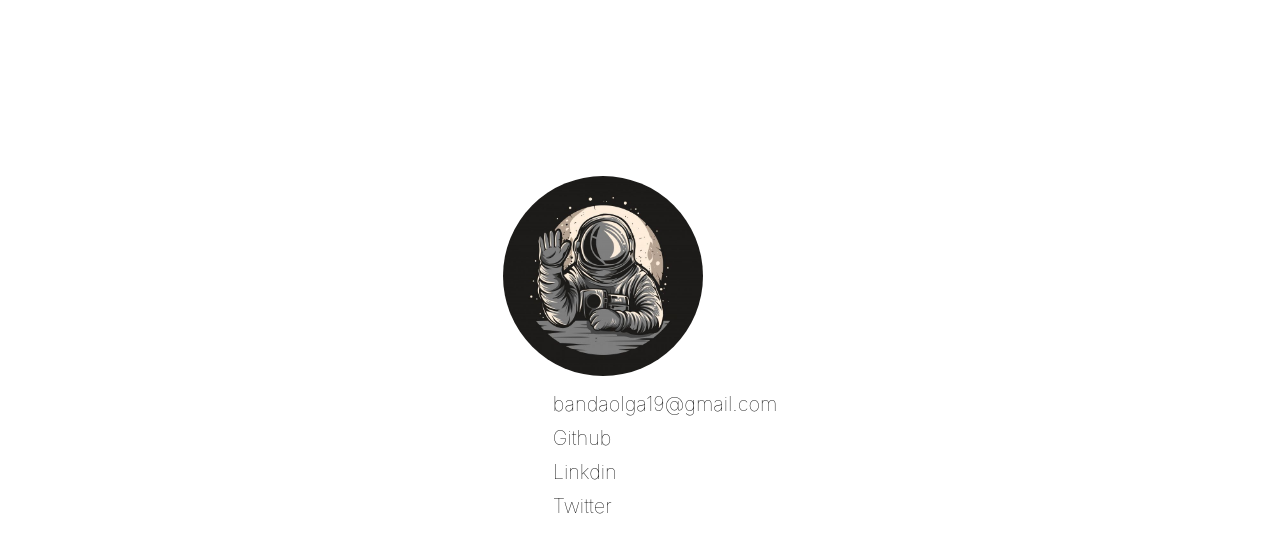
Repository: G1ft-Banda/My-portfolio-Website
Page: /
An editor plug-in stored every save of this project. The page is shown before and after the next save, followed by the edit.
The browser window is 1280 px wide. The pictures show the whole page.
The project was rebuilt for these pictures with package versions that can differ from the ones it lists, and the page was loaded fresh each time. The framework's server and built-in components were replaced by stand-ins that run in the browser. Also part of the build but not shown: next.config.js.

Above is the page before, as saved 2022-09-29 11:01:20.

### pages/_app.js
import "../styles/globals.css";
import Head from "next/head";

function MyApp({ Component, pageProps }) {
  return (
    <>
      <Head>
        <script
          src="https://kit.fontawesome.com/d14a45b8f3.js"
          crossorigin="anonymous"
        ></script>
      </Head>
      <Component {...pageProps} />
    </>
  );
}

export default MyApp;

### pages/index.js
import Head from "next/head";
import Image from "next/image";

export default function Home() {
  return (
    <div>
      <Head>
        <title>Create Next App</title>
        <meta name="description" content="Generated by create next app" />
        <link rel="icon" href="/favicon.ico" />
      </Head>
      <main>
        <img className="avatar" src="/astronaut.jpg" width={200} height={200} />
        <ul>
          <li className="social-links">
            <i class="fa-solid fa-envelope"></i>
            <a href="#">bandaolga19@gmail.com</a>
          </li>
          <li className="social-links">
            <i class="fa-brands fa-github"></i>
            <a href="#">Github</a>
          </li>
          <li className="social-links">
            <i class="fa-brands fa-linkedin"></i>
            <a href="#">Linkdin</a>
          </li>
          <li className="social-links">
            <i class="fa-brands fa-twitter"></i>
            <a href="#">Twitter</a>
          </li>
        </ul>
      </main>
    </div>
  );
}

### styles/globals.css
html,
body {
  padding: 0;
  margin: 0;
  font-family: -apple-system, BlinkMacSystemFont, Segoe UI, Roboto, Oxygen,
    Ubuntu, Cantarell, Fira Sans, Droid Sans, Helvetica Neue, sans-serif;
}

a {
  color: inherit;
  text-decoration: none;
}

* {
  box-sizing: border-box;
}

main {
  min-width: 100vw;
  min-height: 100vh;
  display: grid;
  place-content: center;
}

.avatar {
  border-radius: 50%;
  max-width: fit-content;
  align-items: center;
}

.social-links {
  text-decoration: none;
  font-size: 20px;
  display: flex;
  gap: 10px;
  align-items: center;
  font-weight: 100;
  padding-bottom: 10px;
}

.social-links > i {
  font-size: 25px;
  font-weight: 100;
}

@media (prefers-color-scheme: dark) {
  html {
    color-scheme: dark;
  }
  body {
    color: white;
    background: black;
  }
}

After the next save:
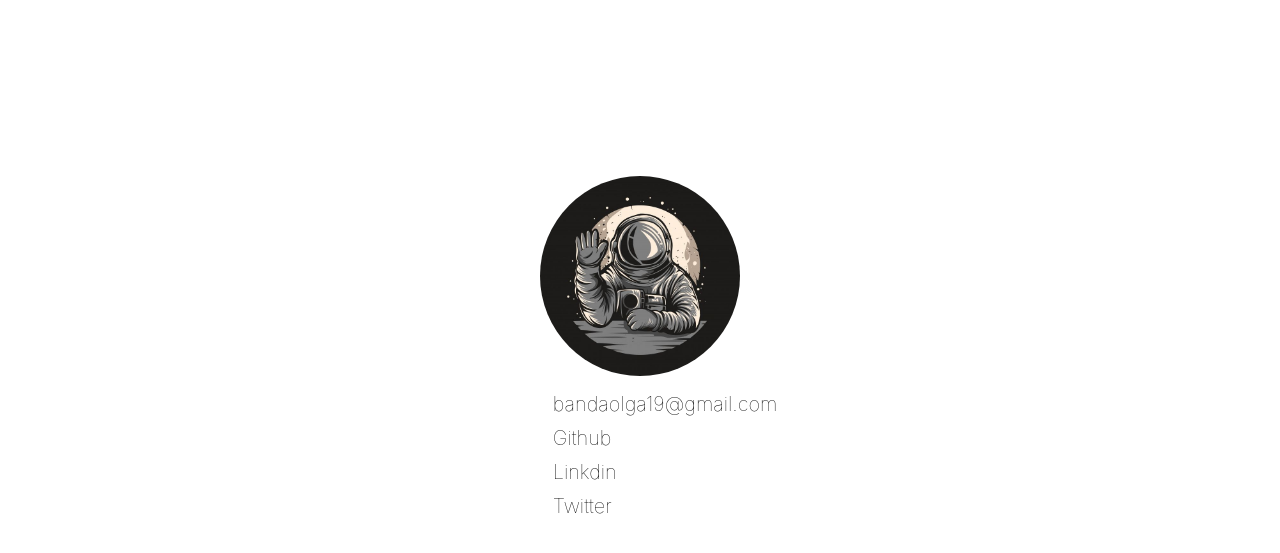
Saved 7 s later.
--- a/styles/globals.css
+++ b/styles/globals.css
@@ -25,7 +25,7 @@ main {
 .avatar {
   border-radius: 50%;
   max-width: fit-content;
-  align-items: center;
+  margin: auto;
 }
 
 .social-links {
